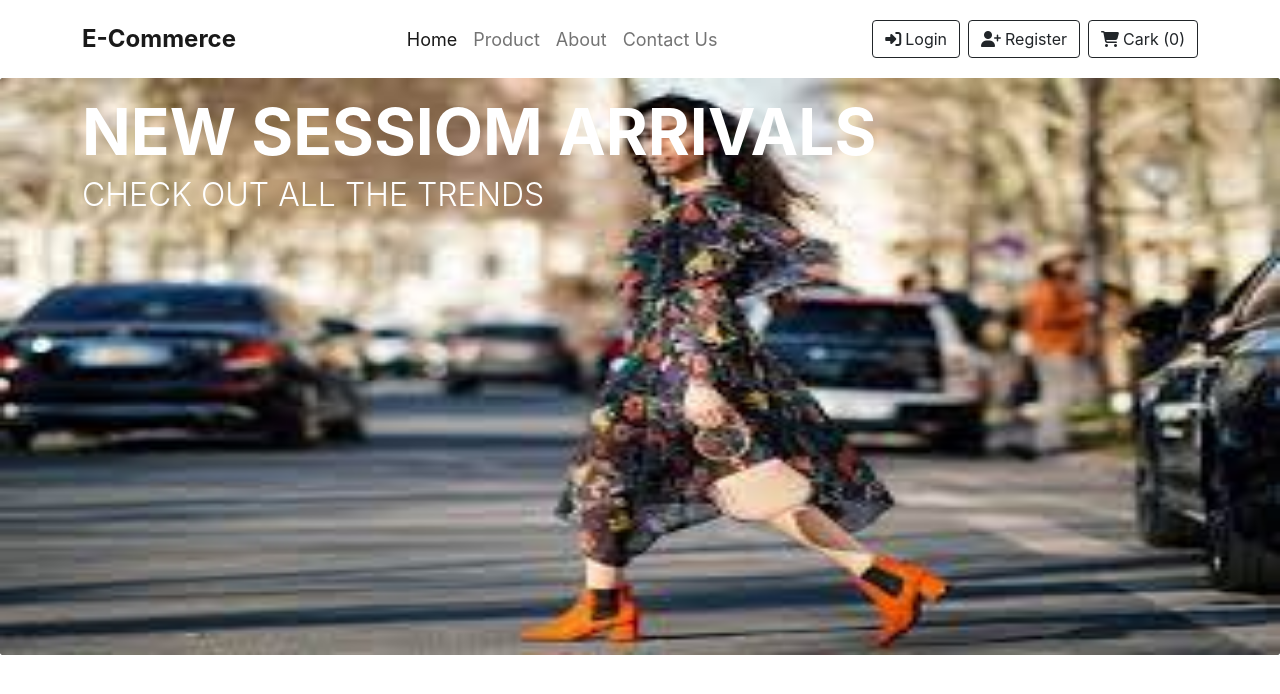
Repository: Sanjayjangra88/online_shop
Page: /products
The author's editor kept a copy of each file at every save. The page is drawn from the files as they stood at one save, then again after the next save.
The browser window is 1280 px wide. The pictures show the whole page.
Some web libraries are served in a nearby version. The project was rebuilt for these pictures with package versions that can differ from the ones it lists, and the page was loaded fresh each time.

Above is the page before, as saved 2022-03-29 20:28:56.

After the next save:
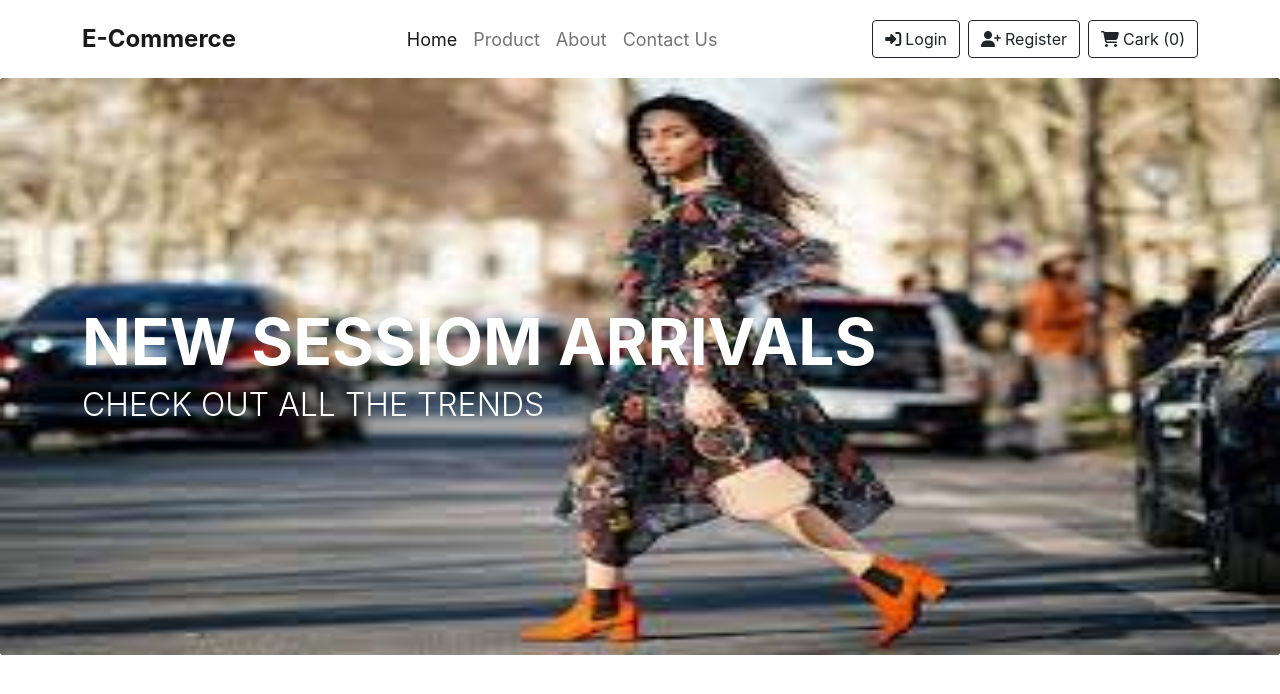
Saved 15 s later.
--- a/src/components2/Home.jsx
+++ b/src/components2/Home.jsx
@@ -5,7 +5,7 @@
     <div className="hero">
       <div className="card bg-dark text-white border-0">
         <img src="\assest\1.jpg" className="card-img" alt="Background"height="577px" />
-        <div className="card-img-overlay d-flex flex-column justify=content-center">
+        <div className="card-img-overlay d-flex flex-column justify-content-center">
             <div className="container">
 
 
